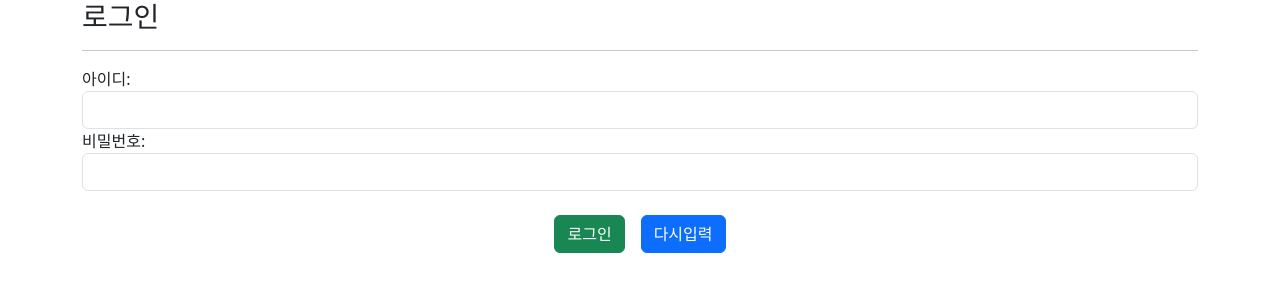
Repository: papepopopy/javascript
Page: http://localhost/webjsp/ex01/sample06/LoginFilter.jsp
An editor plug-in stored every save of this project. The page is shown before and after the next save, followed by the edit.
The browser window is 1280 px wide. The pictures show the whole page.
The page is served by Tomcat 9. Nobody is signed in. The application's start-up code is not run. Other server files are loaded and not shown.

Above is the page before, as saved 2024-07-01 04:46:06.

### jspStudy/jspStudy/webjsp/src/main/webapp/ex01/sample06/LoginFilter.jsp
<%@ page language="java" contentType="text/html; charset=UTF-8" pageEncoding="UTF-8"%>
<!DOCTYPE html>
<html>
<head>
<link href="https://cdn.jsdelivr.net/npm/bootstrap@5.3.3/dist/css/bootstrap.min.css" rel="stylesheet" integrity="sha384-QWTKZyjpPEjISv5WaRU9OFeRpok6YctnYmDr5pNlyT2bRjXh0JMhjY6hW+ALEwIH" crossorigin="anonymous">
<meta charset="UTF-8">
<title>로그인</title>
<style>
.rbtn {
	margin-right: 1em;
}
</style>
</head>
<body>
	<div class="container ">
		<div class="login">
			<h3>로그인</h3>
			<hr>
			<form action="/webjsp/loginsession" method="get" name="frmMember">
				<div>
					<label>아이디:</label> <input type="text" name="user_id" class="form-control">
				</div>
				<div>
					<label>비밀번호:</label> <input type="password" name="user_pw" class="form-control">
				</div>
				<input type="hidden" name="command" value="addMember"> <br>
				<div class="d-flex justify-content-center loginBtn">
					<div>
						<input type="button" value="로그인" class="btn btn-success rbtn" onClick="loginsession()" >
					</div>
					<div>
						<input type="reset" value="다시입력" class="btn btn-primary">
					</div>
				</div>
			</form>
		</div>

	</div>
	<script>

	</script>
	<script
		src="https://cdn.jsdelivr.net/npm/@popperjs/core@2.11.8/dist/umd/popper.min.js"
		integrity="sha384-I7E8VVD/ismYTF4hNIPjVp/Zjvgyol6VFvRkX/vR+Vc4jQkC+hVqc2pM8ODewa9r"
		crossorigin="anonymous"></script>
	<script
		src="https://cdn.jsdelivr.net/npm/bootstrap@5.3.3/dist/js/bootstrap.min.js"
		integrity="sha384-0pUGZvbkm6XF6gxjEnlmuGrJXVbNuzT9qBBavbLwCsOGabYfZo0T0to5eqruptLy"
		crossorigin="anonymous"></script>
</body>
</html>

After the next save:
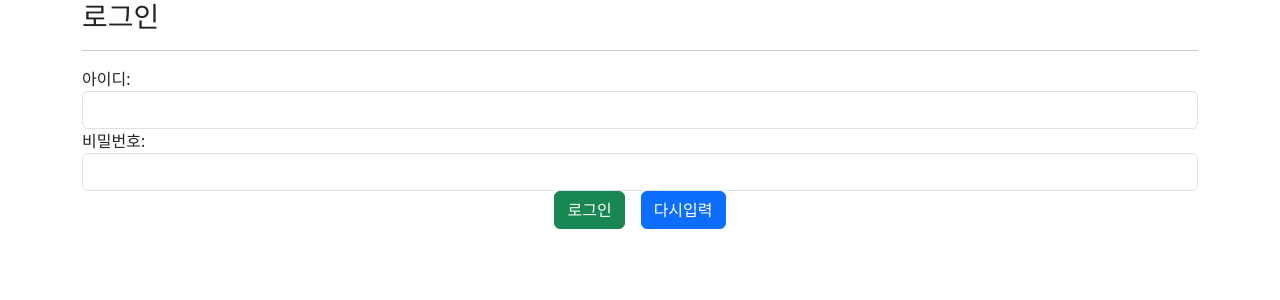
Saved 24 s later.
--- a/jspStudy/jspStudy/webjsp/src/main/webapp/ex01/sample06/LoginFilter.jsp
+++ b/jspStudy/jspStudy/webjsp/src/main/webapp/ex01/sample06/LoginFilter.jsp
@@ -23,7 +23,6 @@
 				<div>
 					<label>비밀번호:</label> <input type="password" name="user_pw" class="form-control">
 				</div>
-				<input type="hidden" name="command" value="addMember"> <br>
 				<div class="d-flex justify-content-center loginBtn">
 					<div>
 						<input type="button" value="로그인" class="btn btn-success rbtn" onClick="loginsession()" >
